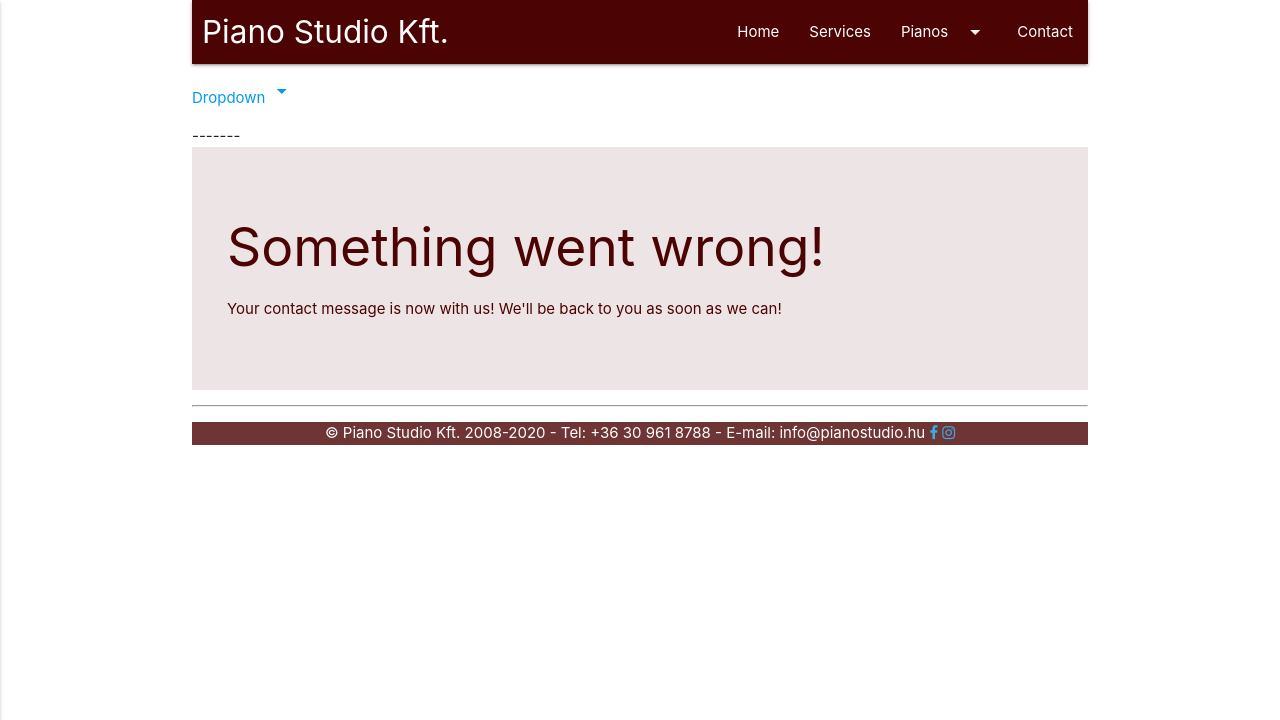
Repository: badiattila/pianostudioheroku
Page: templates/contact_error.html
The author's editor kept a record of every edit. The page is drawn from the files as they stood at one moment, then again after the next edit.
The browser window is 1280 px wide. The pictures show the whole page.
Some web libraries are served in a nearby version. The template is drawn by Flask 3. The application's start-up code is not run. Other server files are loaded and not shown. The template is opened directly, without the code that normally fills it, so the values that code supplies are empty.

Above is the page before.

### templates/contact_error.html
{% extends 'base.html' %} {% block content %}

<div class="op">
    <div class="row">
        <div class="col s12">
            <h2>Something went wrong!</h2>

            <p>Your contact message is now with us! We'll be back to you as soon as we can!</p>
        </div>
    </div>
</div>
<hr> {% endblock %}

### templates/base.html
<!DOCTYPE html>

<html>

<head>

    <!-- Meta tags -->
    <meta charset="utf-8">
    <!-- Font awsome -->
    <link rel="stylesheet" href="https://maxcdn.bootstrapcdn.com/font-awesome/4.7.0/css/font-awesome.min.css" type="text/css" />
    <!-- Hover -->
    <link rel="stylesheet" href="https://cdnjs.cloudflare.com/ajax/libs/hover.css/2.1.1/css/hover-min.css" type="text/css" />
    <!-- Material icons by Google -->
    <link href="https://fonts.googleapis.com/icon?family=Material+Icons" rel="stylesheet">
    <!-- Compiled and minified materialize CSS -->
    <link rel="stylesheet" href="https://cdnjs.cloudflare.com/ajax/libs/materialize/0.100.2/css/materialize.min.css">
    <!-- Specific Css for this website -->
    <link rel="stylesheet" href="{{url_for('static', filename='css/style.css')}}" type="text/css" />

    <title>Piano Studio Kft. - Services - </title>
    <link href="{{url_for('static', filename='pictures/favicon.ico')}}" rel="shortcut icon" type="image/x-icon" />
    <meta name="description" content="Piano rental, tuning and repair - Piano Studio Kft." />
    <meta name="keywords" content="Piano rental,piano tuning,piano repair,piano studio" />
    <meta name="copyright" content="Piano Studio Kft." />
    <meta name="author" content="Attila Badi/Piano Studio Kft." />
    <meta name="email" content="info@pianostudio.hu" /> {% block head %} {% endblock %}


</head>

<body>
    <div class="container">
        <header>
            <ul id="dropdown2" class="dropdown-content">
                <li><a href="{{url_for('pianos_for_sale')}}">Sale</a></li>
                <li><a href="{{url_for('createadd')}}">Create Add</a></li>
            </ul>
            <nav>
                <div class="nav-wrapper redbg">
                    <a href="{{url_for('index')}}" class="brand-logo">Piano Studio Kft.</a>
                    <a href="#" data-activates="mobile-demo" class="button-collapse"><i class="material-icons">menu</i></a>
                    <ul id="nav-mobile" class="right hide-on-med-and-down">
                        <li><a href="{{url_for('index')}}">Home</a></li>
                        <li><a href="{{url_for('services')}}">Services</a></li>
                        <!-- Dropdown Trigger -->
                        <li><a class="dropdown-trigger" href="#!" data-target="dropdown2">Pianos<i class="material-icons right">arrow_drop_down</i></a></li>

                        <li><a href="{{url_for('contact')}}">Contact</a></li>
                    </ul>
                    <ul class="side-nav" id="mobile-demo">
                        <li><a href="{{url_for('index')}}">Home</a></li>
                        <li><a href="{{url_for('services')}}">Services</a></li>
                        <li><a href="{{url_for('pianos_for_sale')}}">Sale</a></li>
                        <li><a href="{{url_for('createadd')}}">Create Add</a></li>
                        <li><a href="{{url_for('contact')}}">Contact</a></li>
                    </ul>
                </div>
            </nav>
<script src="https://ajax.googleapis.com/ajax/libs/jquery/2.1.1/jquery.min.js"></script>
<link href="https://fonts.googleapis.com/icon?family=Material+Icons" rel="stylesheet">
    <!-- Compiled and minified CSS -->
    <link rel="stylesheet" href="https://cdnjs.cloudflare.com/ajax/libs/materialize/1.0.0-beta/css/materialize.min.css">

    <!-- Compiled and minified JavaScript -->
    <script src="https://cdnjs.cloudflare.com/ajax/libs/materialize/1.0.0-beta/js/materialize.min.js"></script>
<ul id="dropdown" class="dropdown-content">
    <li><a href="#">EMPOWER YOUR BUSINESS!</a></li>
    <li><a href="#">Services</a></li>
    <li><a href="#">About</a></li>
    <li><a href="#">Blog</a></li>
    <li><a href="#">Contact</a></li>
</ul>
<ul class="dds">
    <li><a class="dropdown-trigger" data-target="dropdown">
        Dropdown <i class="material-icons">arrow_drop_down</i></a>
    </li>
</ul>
-------
        </header>
        {% block content %} {% endblock %}

        <footer class="footer redbg">
            <p>&copy; Piano Studio Kft. 2008-2020 - Tel: +36 30 961 8788 - E-mail: info@pianostudio.hu
                <a target="_blank" href="https://www.facebook.com/zongoraterem"><i class="fa fa-facebook" aria-hidden="true"></i></a>
                <a target="_blank" href="https://www.instagram.com/pianostudiokft"><i class="fa fa-instagram" aria-hidden="true"></i></a>
            </p>
        </footer>
    </div>

    <script src="https://code.jquery.com/jquery-3.4.1.min.js" integrity="sha256-CSXorXvZcTkaix6Yvo6HppcZGetbYMGWSFlBw8HfCJo=" crossorigin="anonymous"></script>
    <script src="https://cdnjs.cloudflare.com/ajax/libs/materialize/0.100.2/js/materialize.min.js"></script>

    <script type="text/javascript">
        $(document).ready(function() {
            $('.collapsible').collapsible();
            $('select').material_select();
            $('.button-collapse').sideNav();
            $('.modal').modal();
            $('.dropdown-trigger').dropdown();
        });
    </script>

</body>

</html>

### static/css/style.css
.left {
  float: left;
}

.right {
  float: right;
}

/* Picture formatting for gallery and teaser pictures */
.right-teaser {
	padding: 1px;
	border: 1px solid #4c0303;
	float: right;
	margin: 0 0 1em 1em;
	width: 12vw;
}

.galery-pic {
	padding: 1px;
	border: 1px solid #4c0303;
	margin: 0 0 1em 1em;
	width: 12vw;
}

.btn_small {
  height: 24px;
  width: 60px;
  line-height: 24px;
  margin: 5px 5px;
  padding: 0 0.5em;
}

.btn_mid {
  height: 24px;
  width: 120px;
  line-height: 24px;
  margin: 5px 5px;
  padding: 0 0.5em;
}

.footer {
  color: white;
  opacity: 0.8;
  filter: alpha(opacity=80);
  text-align: center;
}

.redbg {
  background-color: #4c0303;
}

.nav-wrapper {
  padding-left: 10px;
}

/* Opacity classes for different elements */

.op {
  background: rgba(76, 3, 3, 0.1);/*background with 30% opacity */
  color: rgba(76, 3, 3);
  padding: 35px;
  margin-bottom: 15px;
}

.dropdown-content{
   width: max-content !important;
   height:auto !important;
}

After the next edit:
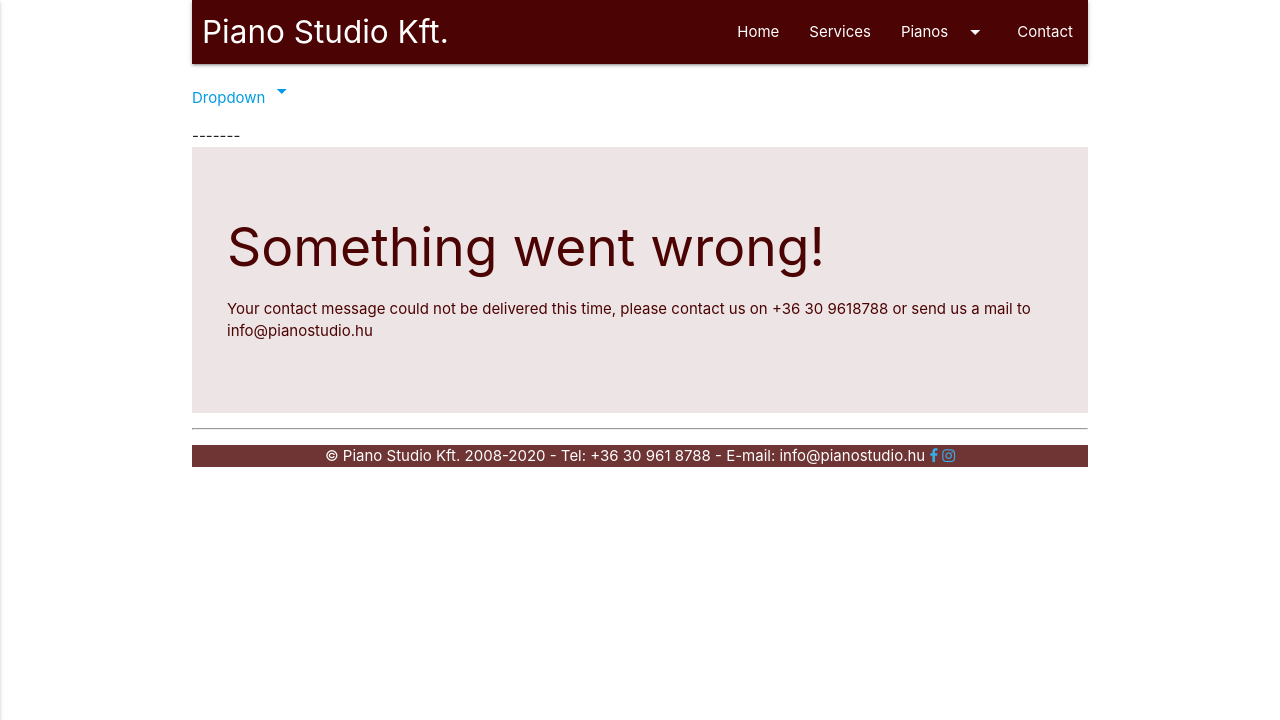
The edit:
--- a/templates/contact_error.html
+++ b/templates/contact_error.html
@@ -4,8 +4,7 @@
     <div class="row">
         <div class="col s12">
             <h2>Something went wrong!</h2>
-
-            <p>Your contact message is now with us! We'll be back to you as soon as we can!</p>
+            <p>Your contact message could not be delivered this time, please contact us on +36 30 9618788 or send us a mail to info@pianostudio.hu</p>
         </div>
     </div>
 </div>
